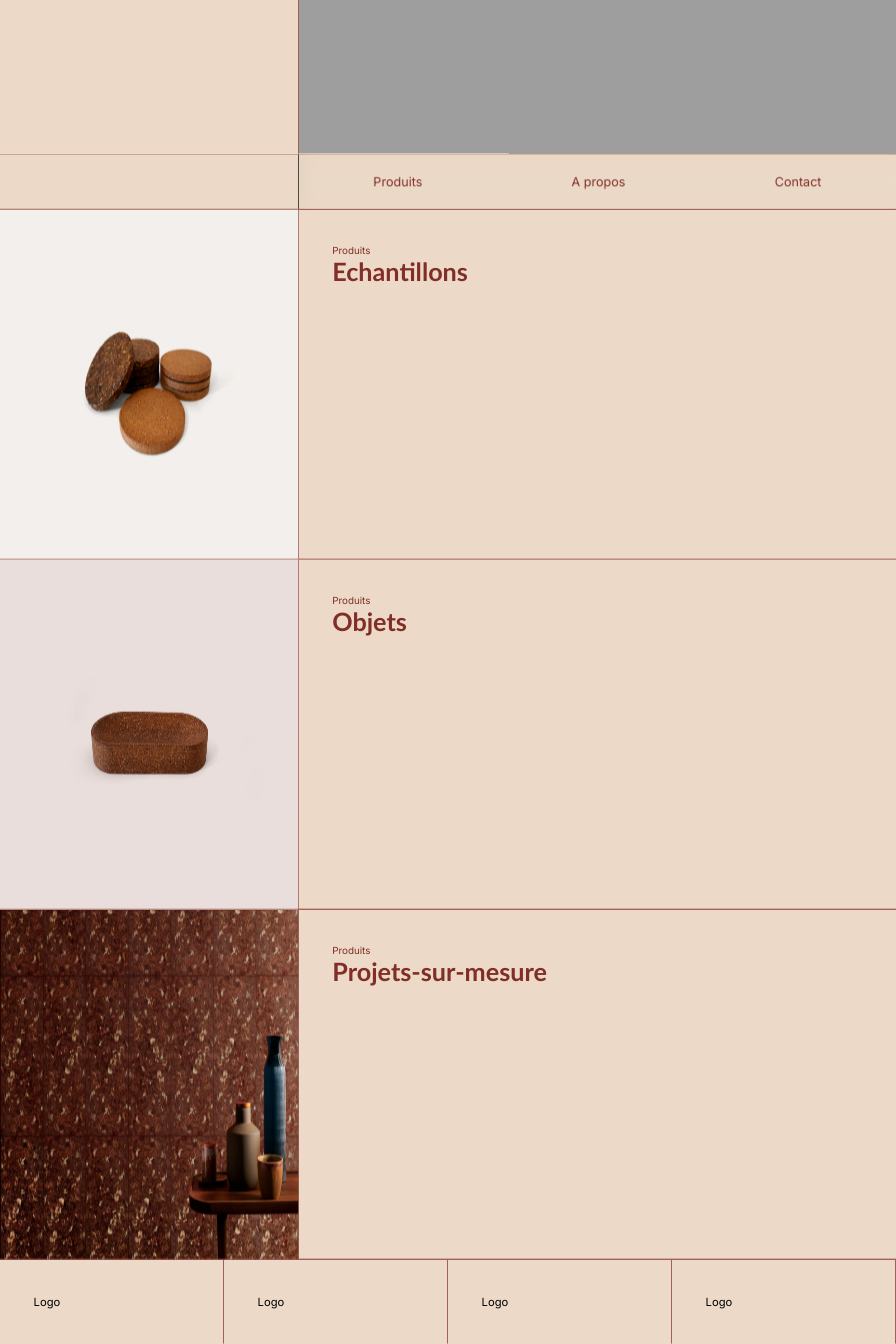
Repository: Neewd/adaozan
Page: /
The author's editor kept a copy of each file at every save. The page is drawn from the files as they stood at one save, then again after the next save.
The browser window is 1280 px wide. The pictures show the part of the page from y = 428 to 2348 px (the page is 2348 px tall), at 70% of full size.
Pictures or frames that could not be fetched are drawn as grey boxes. The project was rebuilt for these pictures with package versions that can differ from the ones it lists, and the page was loaded fresh each time. The framework's server and built-in components were replaced by stand-ins that run in the browser. Also part of the build but not shown: next.config.js.

Above is the page before, as saved 2023-08-10 21:06:10.

After the next save:
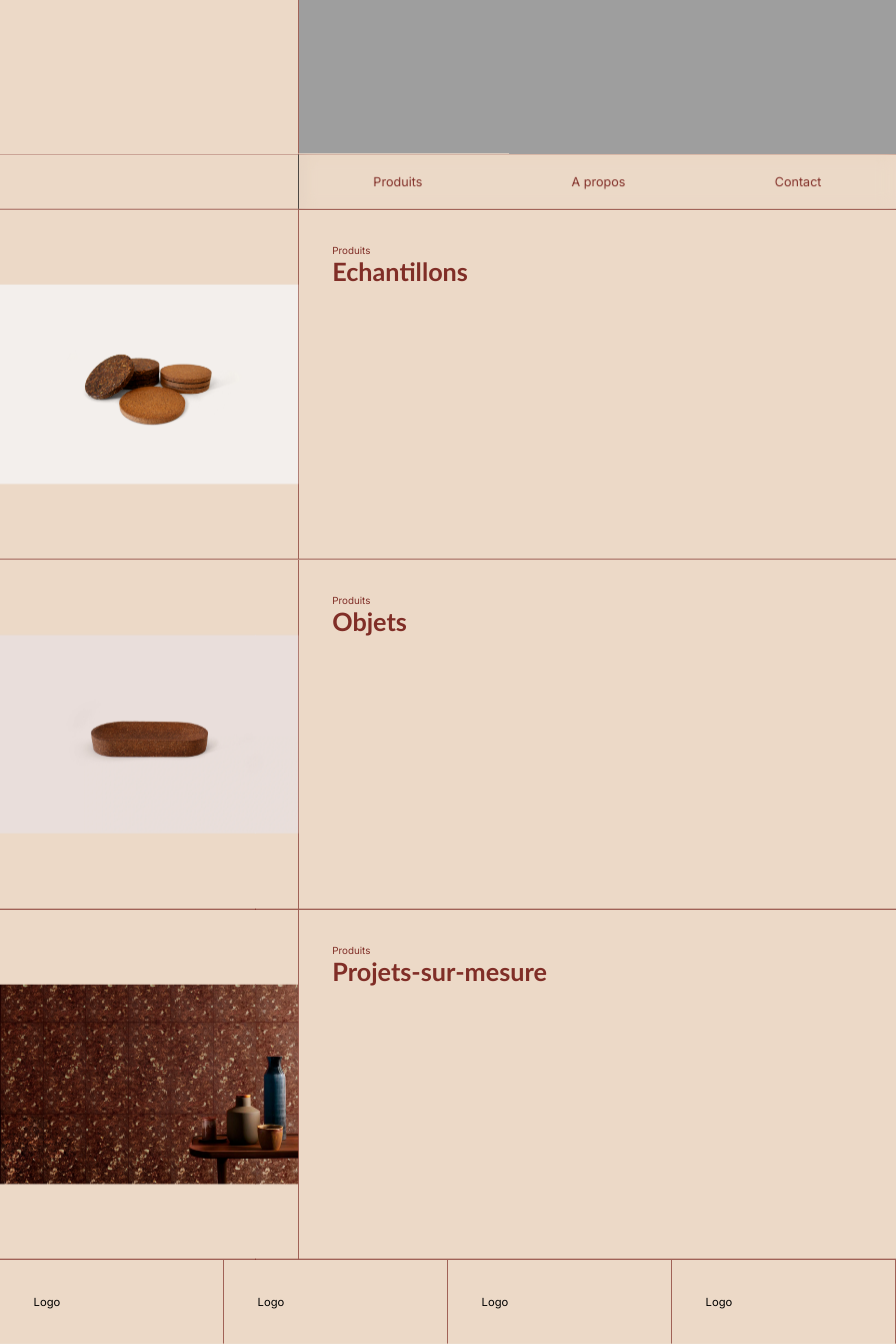
Saved 5 s later.
--- a/app/components/ProductHero.tsx
+++ b/app/components/ProductHero.tsx
@@ -17,7 +17,7 @@
 		<div className="flex w-full h-[500px] bg-cream-100 cursor-pointer">
 			<div className="flex basis-4/12 relative border-b border-brown-100">
 				<Image
-					className="object-fill border-r border-brown-100"
+					className="object-contain border-r border-brown-100"
 					src={imageUrl}
 					fill={true}
 					alt={imageAlt ?? ""}
